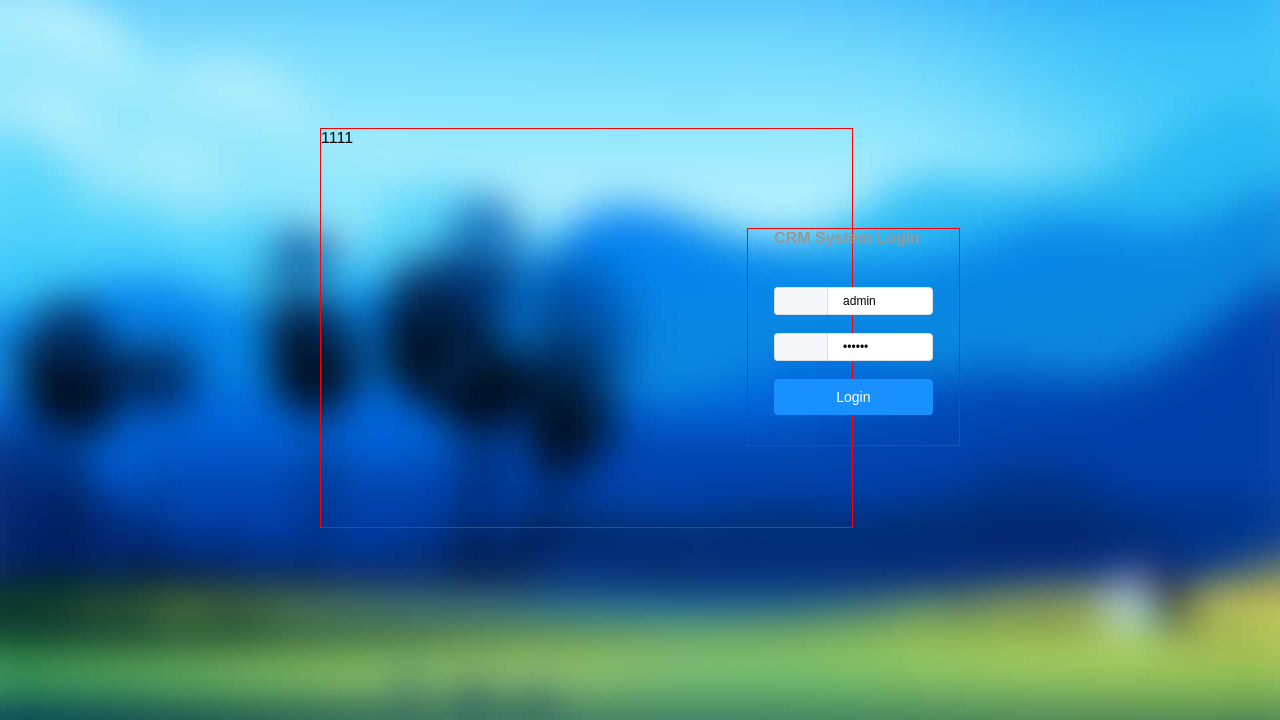
Repository: JasonMMM/ty-crm-sys
Page: /
These files come from the project's save history. The page is drawn as it stood at one moment and after the next save; the edit follows.
The browser window is 1280 px wide. The pictures show the whole page.
The project was rebuilt for these pictures with package versions that can differ from the ones it lists, and the page was loaded fresh each time. Also part of the build but not shown: vue.config.js, src/components/RightPanel/index.vue, src/layout/components/AppMain.vue, src/utils/i18n.js, src/components/Breadcrumb/index.vue, src/components/Hamburger/index.vue, src/components/ErrorLog/index.vue, src/components/Screenfull/index.vue and 18 more.

Above is the page before, as saved 2020-07-24 09:17:21.

### src/styles/element-variables.scss
/**
* I think element-ui's default theme color is too light for long-term use.
* So I modified the default color and you can modify it to your liking.
**/

/* theme color */
$--color-primary: #1890ff;
$--color-success: #13ce66;
$--color-warning: #ffba00;
$--color-danger: #ff4949;
// $--color-info: #1E1E1E;

$--button-font-weight: 400;

// $--color-text-regular: #1f2d3d;

$--border-color-light: #dfe4ed;
$--border-color-lighter: #e6ebf5;

$--table-border: 1px solid #dfe6ec;

/* icon font path, required */
$--font-path: "~element-ui/lib/theme-chalk/fonts";

@import "~element-ui/packages/theme-chalk/src/index";

// the :export directive is the magic sauce for webpack
// https://www.bluematador.com/blog/how-to-share-variables-between-js-and-sass
:export {
  theme: $--color-primary;
}

### src/styles/index.scss
@import './variables.scss';
@import './mixin.scss';
@import './transition.scss';
@import './element-ui.scss';
@import './sidebar.scss';
@import './btn.scss';

body {
  height: 100%;
  -moz-osx-font-smoothing: grayscale;
  -webkit-font-smoothing: antialiased;
  text-rendering: optimizeLegibility;
  font-family: Helvetica Neue, Helvetica, PingFang SC, Hiragino Sans GB, Microsoft YaHei, Arial, sans-serif;
}

label {
  font-weight: 700;
}

html {
  height: 100%;
  box-sizing: border-box;
}

#app {
  height: 100%;
}

*,
*:before,
*:after {
  box-sizing: inherit;
}

.no-padding {
  padding: 0px !important;
}

.padding-content {
  padding: 4px 0;
}

a:focus,
a:active {
  outline: none;
}

a,
a:focus,
a:hover {
  cursor: pointer;
  color: inherit;
  text-decoration: none;
}

div:focus {
  outline: none;
}

.fr {
  float: right;
}

.fl {
  float: left;
}

.pr-5 {
  padding-right: 5px;
}

.pl-5 {
  padding-left: 5px;
}

.block {
  display: block;
}

.pointer {
  cursor: pointer;
}

.inlineBlock {
  display: block;
}

.clearfix {
  &:after {
    visibility: hidden;
    display: block;
    font-size: 0;
    content: " ";
    clear: both;
    height: 0;
  }
}

aside {
  background: #eef1f6;
  padding: 8px 24px;
  margin-bottom: 20px;
  border-radius: 2px;
  display: block;
  line-height: 32px;
  font-size: 16px;
  font-family: -apple-system, BlinkMacSystemFont, "Segoe UI", Roboto, Oxygen, Ubuntu, Cantarell, "Fira Sans", "Droid Sans", "Helvetica Neue", sans-serif;
  color: #2c3e50;
  -webkit-font-smoothing: antialiased;
  -moz-osx-font-smoothing: grayscale;

  a {
    color: #337ab7;
    cursor: pointer;

    &:hover {
      color: rgb(32, 160, 255);
    }
  }
}

//main-container全局样式
.app-container {
  padding: 20px;
}

.components-container {
  margin: 30px 50px;
  position: relative;
}

.pagination-container {
  margin-top: 30px;
}

.text-center {
  text-align: center
}

.sub-navbar {
  height: 50px;
  line-height: 50px;
  position: relative;
  width: 100%;
  text-align: right;
  padding-right: 20px;
  transition: 600ms ease position;
  background: linear-gradient(90deg, rgba(32, 182, 249, 1) 0%, rgba(32, 182, 249, 1) 0%, rgba(33, 120, 241, 1) 100%, rgba(33, 120, 241, 1) 100%);

  .subtitle {
    font-size: 20px;
    color: #fff;
  }

  &.draft {
    background: #d0d0d0;
  }

  &.deleted {
    background: #d0d0d0;
  }
}

.link-type,
.link-type:focus {
  color: #337ab7;
  cursor: pointer;

  &:hover {
    color: rgb(32, 160, 255);
  }
}

.filter-container {
  padding-bottom: 10px;

  .filter-item {
    display: inline-block;
    vertical-align: middle;
    margin-bottom: 10px;
  }
}

//refine vue-multiselect plugin
.multiselect {
  line-height: 16px;
}

.multiselect--active {
  z-index: 1000 !important;
}

### src/utils/error-log.js
import Vue from 'vue'
import store from '@/store'
import { isString, isArray } from '@/utils/validate'
import settings from '@/settings'

// you can set in settings.js
// errorLog:'production' | ['production', 'development']
const { errorLog: needErrorLog } = settings

function checkNeed() {
  const env = process.env.NODE_ENV
  if (isString(needErrorLog)) {
    return env === needErrorLog
  }
  if (isArray(needErrorLog)) {
    return needErrorLog.includes(env)
  }
  return false
}

if (checkNeed()) {
  Vue.config.errorHandler = function(err, vm, info, a) {
  // Don't ask me why I use Vue.nextTick, it just a hack.
  // detail see https://forum.vuejs.org/t/dispatch-in-vue-config-errorhandler-has-some-problem/23500
    Vue.nextTick(() => {
      store.dispatch('errorLog/addErrorLog', {
        err,
        vm,
        info,
        url: window.location.href
      })
      console.error(err, info)
    })
  }
}

### src/styles/mixin.scss
@mixin clearfix {
  &:after {
    content: "";
    display: table;
    clear: both;
  }
}

@mixin scrollBar {
  &::-webkit-scrollbar-track-piece {
    background: #d3dce6;
  }

  &::-webkit-scrollbar {
    width: 6px;
  }

  &::-webkit-scrollbar-thumb {
    background: #99a9bf;
    border-radius: 20px;
  }
}

@mixin relative {
  position: relative;
  width: 100%;
  height: 100%;
}

@mixin pct($pct) {
  width: #{$pct};
  position: relative;
  margin: 0 auto;
}

@mixin triangle($width, $height, $color, $direction) {
  $width: $width/2;
  $color-border-style: $height solid $color;
  $transparent-border-style: $width solid transparent;
  height: 0;
  width: 0;

  @if $direction==up {
    border-bottom: $color-border-style;
    border-left: $transparent-border-style;
    border-right: $transparent-border-style;
  }

  @else if $direction==right {
    border-left: $color-border-style;
    border-top: $transparent-border-style;
    border-bottom: $transparent-border-style;
  }

  @else if $direction==down {
    border-top: $color-border-style;
    border-left: $transparent-border-style;
    border-right: $transparent-border-style;
  }

  @else if $direction==left {
    border-right: $color-border-style;
    border-top: $transparent-border-style;
    border-bottom: $transparent-border-style;
  }
}

### src/styles/transition.scss
// global transition css

/* fade */
.fade-enter-active,
.fade-leave-active {
  transition: opacity 0.28s;
}

.fade-enter,
.fade-leave-active {
  opacity: 0;
}

/* fade-transform */
.fade-transform-leave-active,
.fade-transform-enter-active {
  transition: all .5s;
}

.fade-transform-enter {
  opacity: 0;
  transform: translateX(-30px);
}

.fade-transform-leave-to {
  opacity: 0;
  transform: translateX(30px);
}

/* breadcrumb transition */
.breadcrumb-enter-active,
.breadcrumb-leave-active {
  transition: all .5s;
}

.breadcrumb-enter,
.breadcrumb-leave-active {
  opacity: 0;
  transform: translateX(20px);
}

.breadcrumb-move {
  transition: all .5s;
}

.breadcrumb-leave-active {
  position: absolute;
}

### src/styles/element-ui.scss
// cover some element-ui styles

.el-breadcrumb__inner,
.el-breadcrumb__inner a {
  font-weight: 400 !important;
}

.el-upload {
  input[type="file"] {
    display: none !important;
  }
}

.el-upload__input {
  display: none;
}

.cell {
  .el-tag {
    margin-right: 0px;
  }
}

.small-padding {
  .cell {
    padding-left: 5px;
    padding-right: 5px;
  }
}

.fixed-width {
  .el-button--mini {
    padding: 7px 10px;
    min-width: 60px;
  }
}

.status-col {
  .cell {
    padding: 0 10px;
    text-align: center;

    .el-tag {
      margin-right: 0px;
    }
  }
}

// to fixed https://github.com/ElemeFE/element/issues/2461
.el-dialog {
  transform: none;
  left: 0;
  position: relative;
  margin: 0 auto;
}

// refine element ui upload
.upload-container {
  .el-upload {
    width: 100%;

    .el-upload-dragger {
      width: 100%;
      height: 200px;
    }
  }
}

// dropdown
.el-dropdown-menu {
  a {
    display: block
  }
}

// fix date-picker ui bug in filter-item
.el-range-editor.el-input__inner {
  display: inline-flex !important;
}

// to fix el-date-picker css style
.el-range-separator {
  box-sizing: content-box;
}

### src/styles/sidebar.scss
#app {

  .main-container {
    min-height: 100%;
    transition: margin-left .28s;
    margin-left: $sideBarWidth;
    position: relative;
  }

  .sidebar-container {
    transition: width 0.28s;
    width: $sideBarWidth !important;
    background-color: $menuBg;
    height: 100%;
    position: fixed;
    font-size: 0px;
    top: 0;
    bottom: 0;
    left: 0;
    z-index: 1001;
    overflow: hidden;

    // reset element-ui css
    .horizontal-collapse-transition {
      transition: 0s width ease-in-out, 0s padding-left ease-in-out, 0s padding-right ease-in-out;
    }

    .scrollbar-wrapper {
      overflow-x: hidden !important;
    }

    .el-scrollbar__bar.is-vertical {
      right: 0px;
    }

    .el-scrollbar {
      height: 100%;
    }

    &.has-logo {
      .el-scrollbar {
        height: calc(100% - 50px);
      }
    }

    .is-horizontal {
      display: none;
    }

    a {
      display: inline-block;
      width: 100%;
      overflow: hidden;
    }

    .svg-icon {
      margin-right: 16px;
    }

    .sub-el-icon {
      margin-right: 12px;
      margin-left: -2px;
    }

    .el-menu {
      border: none;
      height: 100%;
      width: 100% !important;
    }

    // menu hover
    .submenu-title-noDropdown,
    .el-submenu__title {
      &:hover {
        background-color: $menuHover !important;
      }
    }

    .is-active>.el-submenu__title {
      color: $subMenuActiveText !important;
    }

    & .nest-menu .el-submenu>.el-submenu__title,
    & .el-submenu .el-menu-item {
      min-width: $sideBarWidth !important;
      background-color: $subMenuBg !important;

      &:hover {
        background-color: $subMenuHover !important;
      }
    }
  }

  .hideSidebar {
    .sidebar-container {
      width: 54px !important;
    }

    .main-container {
      margin-left: 54px;
    }

    .submenu-title-noDropdown {
      padding: 0 !important;
      position: relative;

      .el-tooltip {
        padding: 0 !important;

        .svg-icon {
          margin-left: 20px;
        }

        .sub-el-icon {
          margin-left: 19px;
        }
      }
    }

    .el-submenu {
      overflow: hidden;

      &>.el-submenu__title {
        padding: 0 !important;

        .svg-icon {
          margin-left: 20px;
        }

        .sub-el-icon {
          margin-left: 19px;
        }

        .el-submenu__icon-arrow {
          display: none;
        }
      }
    }

    .el-menu--collapse {
      .el-submenu {
        &>.el-submenu__title {
          &>span {
            height: 0;
            width: 0;
            overflow: hidden;
            visibility: hidden;
            display: inline-block;
          }
        }
      }
    }
  }

  .el-menu--collapse .el-menu .el-submenu {
    min-width: $sideBarWidth !important;
  }

  // mobile responsive
  .mobile {
    .main-container {
      margin-left: 0px;
    }

    .sidebar-container {
      transition: transform .28s;
      width: $sideBarWidth !important;
    }

    &.hideSidebar {
      .sidebar-container {
        pointer-events: none;
        transition-duration: 0.3s;
        transform: translate3d(-$sideBarWidth, 0, 0);
      }
    }
  }

  .withoutAnimation {

    .main-container,
    .sidebar-container {
      transition: none;
    }
  }
}

// when menu collapsed
.el-menu--vertical {
  &>.el-menu {
    .svg-icon {
      margin-right: 16px;
    }
    .sub-el-icon {
      margin-right: 12px;
      margin-left: -2px;
    }
  }

  .nest-menu .el-submenu>.el-submenu__title,
  .el-menu-item {
    &:hover {
      // you can use $subMenuHover
      background-color: $menuHover !important;
    }
  }

  // the scroll bar appears when the subMenu is too long
  >.el-menu--popup {
    max-height: 100vh;
    overflow-y: auto;

    &::-webkit-scrollbar-track-piece {
      background: #d3dce6;
    }

    &::-webkit-scrollbar {
      width: 6px;
    }

    &::-webkit-scrollbar-thumb {
      background: #99a9bf;
      border-radius: 20px;
    }
  }
}

### src/styles/btn.scss
@import './variables.scss';

@mixin colorBtn($color) {
  background: $color;

  &:hover {
    color: $color;

    &:before,
    &:after {
      background: $color;
    }
  }
}

.blue-btn {
  @include colorBtn($blue)
}

.light-blue-btn {
  @include colorBtn($light-blue)
}

.red-btn {
  @include colorBtn($red)
}

.pink-btn {
  @include colorBtn($pink)
}

.green-btn {
  @include colorBtn($green)
}

.tiffany-btn {
  @include colorBtn($tiffany)
}

.yellow-btn {
  @include colorBtn($yellow)
}

.pan-btn {
  font-size: 14px;
  color: #fff;
  padding: 14px 36px;
  border-radius: 8px;
  border: none;
  outline: none;
  transition: 600ms ease all;
  position: relative;
  display: inline-block;

  &:hover {
    background: #fff;

    &:before,
    &:after {
      width: 100%;
      transition: 600ms ease all;
    }
  }

  &:before,
  &:after {
    content: '';
    position: absolute;
    top: 0;
    right: 0;
    height: 2px;
    width: 0;
    transition: 400ms ease all;
  }

  &::after {
    right: inherit;
    top: inherit;
    left: 0;
    bottom: 0;
  }
}

.custom-button {
  display: inline-block;
  line-height: 1;
  white-space: nowrap;
  cursor: pointer;
  background: #fff;
  color: #fff;
  -webkit-appearance: none;
  text-align: center;
  box-sizing: border-box;
  outline: 0;
  margin: 0;
  padding: 10px 15px;
  font-size: 14px;
  border-radius: 4px;
}

### src/views/login/index.vue
<template>
  <div class="login-container">
    <img class="login-bg-img" src="@/assets/images/login/blur/morning_blur.jpg" alt="">
    <el-row class="login-container-row">
      <el-col :sm="10" :offset="6" class="hidden-sm-and-down">
        <div class="login-left-col">
          1111
        </div>
      </el-col>
      <el-col :sm="{span: 4, pull: 2}" :xs="{span: 20, offset: 2}" class="login-right-col">
        <el-form
          ref="loginForm"
          :model="loginForm"
          :rules="loginRules"
          class="login-form"
          autocomplete="on"
          label-position="left"
          size="mini"
        >
          <el-col :sm="{span: 18, offset:3}">
            <!-- <div class="title-logo">
              <img src="@/assets/images/tianyi_logo_png.png" alt="">
            </div> -->
            <div class="title-container">
              <h3 class="title">{{ $t('login.title') }}</h3>
              <lang-select class="set-language" />
            </div>
            <el-form-item prop="username">
              <el-input
                ref="username"
                v-model="loginForm.username"
                :placeholder="$t('login.username')"
                name="username"
                type="text"
                autocomplete="on"
              >
                <template slot="prepend">
                  <svg-icon icon-class="user" />
                </template>
              </el-input>
            </el-form-item>

            <el-tooltip v-model="capsTooltip" content="大写已打开" placement="right" manual>
              <el-form-item prop="password">
                <el-input
                  :key="passwordType"
                  ref="password"
                  v-model="loginForm.password"
                  :type="passwordType"
                  :placeholder="$t('login.password')"
                  name="password"
                  tabindex="2"
                  autocomplete="on"
                  @keyup.native="checkCapslock"
                  @blur="capsTooltip = false"
                  @keyup.enter.native="handleLogin"
                >
                  <template slot="prepend">
                    <svg-icon icon-class="password" />
                  </template>
                </el-input>
                <span class="show-pwd" @click="showPwd">
                  <svg-icon :icon-class="passwordType === 'password' ? 'eye' : 'eye-open'" />
                </span>
              </el-form-item>
            </el-tooltip>

            <el-button
              :loading="loading"
              type="primary"
              style="width:100%;margin-bottom:30px;"
              @click.native.prevent="handleLogin"
            >{{ $t('login.logIn') }}</el-button>
          </el-col>
        </el-form>
      </el-col>
    </el-row>
  </div>
</template>

<script>
import { validUsername } from "@/utils/validate";
import LangSelect from "@/components/LangSelect";
import SocialSign from "./components/SocialSignin";

export default {
  name: "Login",
  components: { LangSelect, SocialSign },
  data() {
    return {
      loginForm: {
        username: "admin",
        password: "111111",
      },
      loginRules: {
        username: [
          { required: true, trigger: "change", message: "请输入用户名"},
        ],
        password: [
          { required: true, trigger: "blur", message: "请输入密码"},
        ],
      },
      passwordType: "password",
      capsTooltip: false,
      loading: false,
      showDialog: false,
      redirect: undefined,
      otherQuery: {},
    };
  },
  watch: {
    $route: {
      handler: function (route) {
        const query = route.query;
        if (query) {
          this.redirect = query.redirect;
          this.otherQuery = this.getOtherQuery(query);
        }
      },
      immediate: true,
    },
  },
  created() {
    // window.addEventListener('storage', this.afterQRScan)
  },
  mounted() {
    if (this.loginForm.username === "") {
      this.$refs.username.focus();
    } else if (this.loginForm.password === "") {
      this.$refs.password.focus();
    }
  },
  destroyed() {
    // window.removeEventListener('storage', this.afterQRScan)
  },
  methods: {
    checkCapslock(e) {
      const { key } = e;
      this.capsTooltip = key && key.length === 1 && key >= "A" && key <= "Z";
    },
    showPwd() {
      if (this.passwordType === "password") {
        this.passwordType = "";
      } else {
        this.passwordType = "password";
      }
      this.$nextTick(() => {
        this.$refs.password.focus();
      });
    },
    handleLogin() {
      this.$refs.loginForm.validate((valid) => {
        if (valid) {
          this.loading = true;
          this.$store
            .dispatch("user/login", this.loginForm)
            .then(() => {
              this.$router.push({
                path: this.redirect || "/",
                query: this.otherQuery,
              });
              this.loading = false;
            })
            .catch(() => {
              this.loading = false;
            });
        } else {
          console.log("error submit!!");
          return false;
        }
      });
    },
    getOtherQuery(query) {
      return Object.keys(query).reduce((acc, cur) => {
        if (cur !== "redirect") {
          acc[cur] = query[cur];
        }
        return acc;
      }, {});
    },
  },
};
</script>

<style lang="scss">
/* 修复input 背景不协调 和光标变色 */
/* Detail see https://github.com/PanJiaChen/vue-element-admin/pull/927 */

$bg: #283443;
$light_gray: #fff;
$dark_gray: #000000;
$cursor: #fff;

@supports (-webkit-mask: none) and (not (cater-color: $cursor)) {
  .login-container .el-input input {
    color: $cursor;
  }
}

/* reset element-ui css */
.login-container {
  .el-input {
    input {
      color: $dark_gray;
      caret-color: $dark_gray;
    }
  }
  .login-bg-img {
    z-index: 1;
    position: absolute;
    width: 100%;
    height: 100%;
  }
}
</style>

<style lang="scss" scoped>
$bg: #ffffff;
$dark_gray: #000000;
$light_gray: #ffffff;
$row_bg: #000000;

.login-container {
  min-height: 100%;
  width: 100%;
  background-color: $bg;
  overflow: hidden;

  .login-container-row {
    height: 100%;
    position: relative;
    top: 0px;
    bottom: 0px;
    width: 100%;
    z-index: 999;
    margin-top: 8rem;
  }
  .login-left-col {
    border: 1px solid red;
    height: 400px;
  }
  .login-right-col {
      margin-top: 100px;
      border: 1px solid red;
    // padding: 20px;
  }

  .login-form {
    position: relative;
    width: 520px;
    max-width: 100%;
    // padding: 160px 35px 0;
    margin: 0 auto;
    overflow: hidden;

    .title-logo {
      img{
        width: 200px;
      }
    }
  }

  .tips {
    font-size: 14px;
    color: #fff;
    margin-bottom: 10px;

    span {
      &:first-of-type {
        margin-right: 16px;
      }
    }
  }

  .svg-container {
    padding: 6px 5px 6px 15px;
    color: $dark_gray;
    vertical-align: middle;
    width: 30px;
    display: inline-block;
  }

  .title-container {
    position: relative;

    .title {
      font-size: 16px;
      color: #989898;
      margin: 0px auto 40px auto;
      text-align: left;
      font-weight: bold;
    }

    .set-language {
      color: #1890ff;
      position: absolute;
      top: 3px;
      font-size: 18px;
      right: 0px;
      cursor: pointer;
    }
  }

  .show-pwd {
    position: absolute;
    right: 10px;
    top: 2px;
    font-size: 16px;
    color: $dark_gray;
    cursor: pointer;
    user-select: none;
  }

  .thirdparty-button {
    position: absolute;
    right: 0;
    bottom: 6px;
  }

  @media only screen and (max-width: 470px) {
    .thirdparty-button {
      display: none;
    }
  }
}
</style>

### src/components/SvgIcon/index.vue
<template>
  <div v-if="isExternal" :style="styleExternalIcon" class="svg-external-icon svg-icon" v-on="$listeners" />
  <svg v-else :class="svgClass" aria-hidden="true" v-on="$listeners">
    <use :xlink:href="iconName" />
  </svg>
</template>

<script>
// doc: https://panjiachen.github.io/vue-element-admin-site/feature/component/svg-icon.html#usage
import { isExternal } from '@/utils/validate'

export default {
  name: 'SvgIcon',
  props: {
    iconClass: {
      type: String,
      required: true
    },
    className: {
      type: String,
      default: ''
    }
  },
  computed: {
    isExternal() {
      return isExternal(this.iconClass)
    },
    iconName() {
      return `#icon-${this.iconClass}`
    },
    svgClass() {
      if (this.className) {
        return 'svg-icon ' + this.className
      } else {
        return 'svg-icon'
      }
    },
    styleExternalIcon() {
      return {
        mask: `url(${this.iconClass}) no-repeat 50% 50%`,
        '-webkit-mask': `url(${this.iconClass}) no-repeat 50% 50%`
      }
    }
  }
}
</script>

<style scoped>
.svg-icon {
  width: 1em;
  height: 1em;
  vertical-align: -0.15em;
  fill: currentColor;
  overflow: hidden;
}

.svg-external-icon {
  background-color: currentColor;
  mask-size: cover!important;
  display: inline-block;
}
</style>

### src/components/LangSelect/index.vue
<template>
  <el-dropdown trigger="click" class="international" @command="handleSetLanguage">
    <div>
      <svg-icon class-name="international-icon" icon-class="language" />
    </div>
    <el-dropdown-menu slot="dropdown">
      <el-dropdown-item :disabled="language==='zh'" command="zh">
        中文
      </el-dropdown-item>
      <el-dropdown-item :disabled="language==='en'" command="en">
        English
      </el-dropdown-item>
      <el-dropdown-item :disabled="language==='es'" command="es">
        Español
      </el-dropdown-item>
      <el-dropdown-item :disabled="language==='ja'" command="ja">
        日本語
      </el-dropdown-item>
    </el-dropdown-menu>
  </el-dropdown>
</template>

<script>
export default {
  computed: {
    language() {
      return this.$store.getters.language
    }
  },
  methods: {
    handleSetLanguage(lang) {
      this.$i18n.locale = lang
      this.$store.dispatch('app/setLanguage', lang)
      this.$message({
        message: 'Switch Language Success',
        type: 'success'
      })
    }
  }
}
</script>

Loaded but not shown: public/index.html (common file); src/App.vue (common file); src/store/index.js (common file); src/router/index.js (common file); src/icons/index.js (common file); src/store/getters.js (common file); src/store/modules/errorLog.js (common file); src/store/modules/settings.js (common file); src/router/modules/charts.js (common file); src/utils/auth.js (common file); src/utils/get-page-title.js (common file); src/api/user.js (common file); src/utils/index.js (357 lines, source omitted); src/lang/es.js (175 lines, source omitted); src/lang/en.js (175 lines, source omitted); src/lang/ja.js (175 lines, source omitted); src/lang/zh.js (175 lines, source omitted); src/store/modules/tagsView.js (160 lines, source omitted); src/store/modules/user.js (131 lines, source omitted); src/router/modules/components.js (102 lines, source omitted); src/permission.js (74 lines, source omitted); src/utils/request.js (85 lines, source omitted); src/utils/validate.js (87 lines, source omitted); src/router/modules/nested.js (66 lines, source omitted); src/filters/index.js (68 lines, source omitted); src/store/modules/app.js (65 lines, source omitted); src/store/modules/permission.js (69 lines, source omitted); src/lang/index.js (55 lines, source omitted); src/main.js (54 lines, source omitted); src/router/modules/table.js (41 lines, source omitted); src/settings.js (42 lines, source omitted)

After the next save:
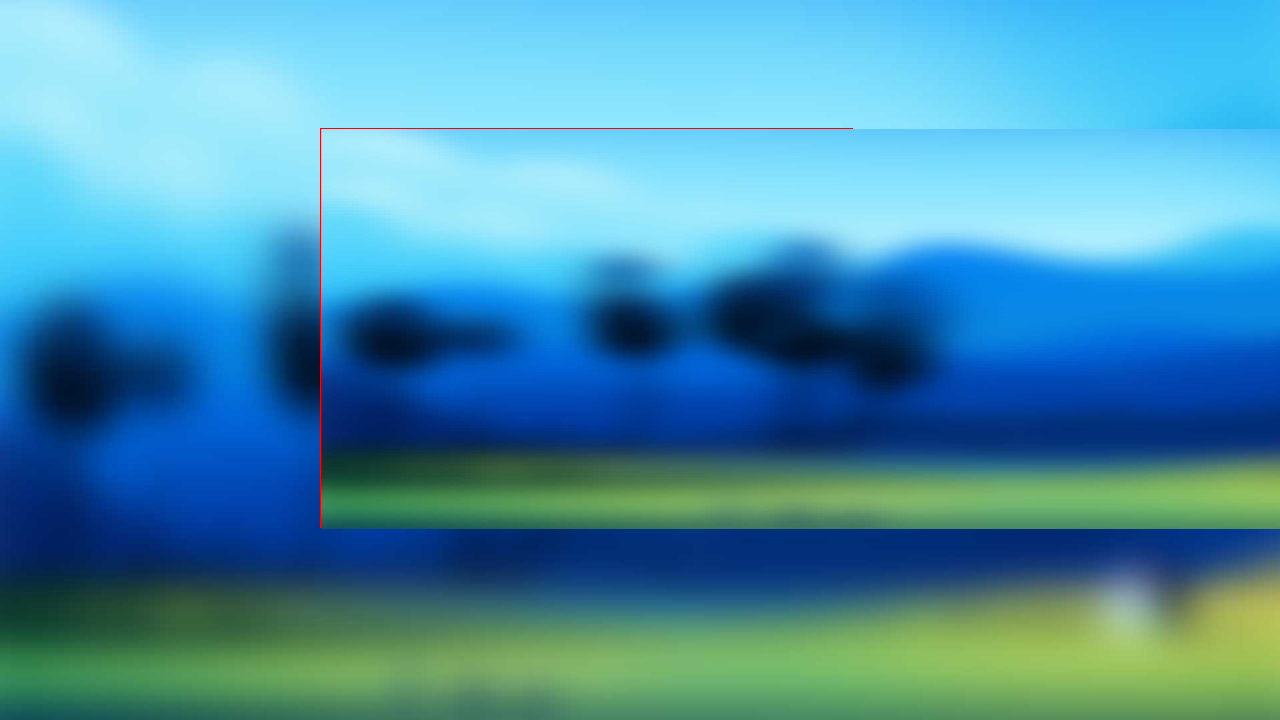
Saved 15 s later.
--- a/src/views/login/index.vue
+++ b/src/views/login/index.vue
@@ -4,7 +4,7 @@
     <el-row class="login-container-row">
       <el-col :sm="10" :offset="6" class="hidden-sm-and-down">
         <div class="login-left-col">
-          1111
+          <img class="login-bg-img" src="@/assets/images/login/blur/morning_blur.jpg" alt="">
         </div>
       </el-col>
       <el-col :sm="{span: 4, pull: 2}" :xs="{span: 20, offset: 2}" class="login-right-col">
